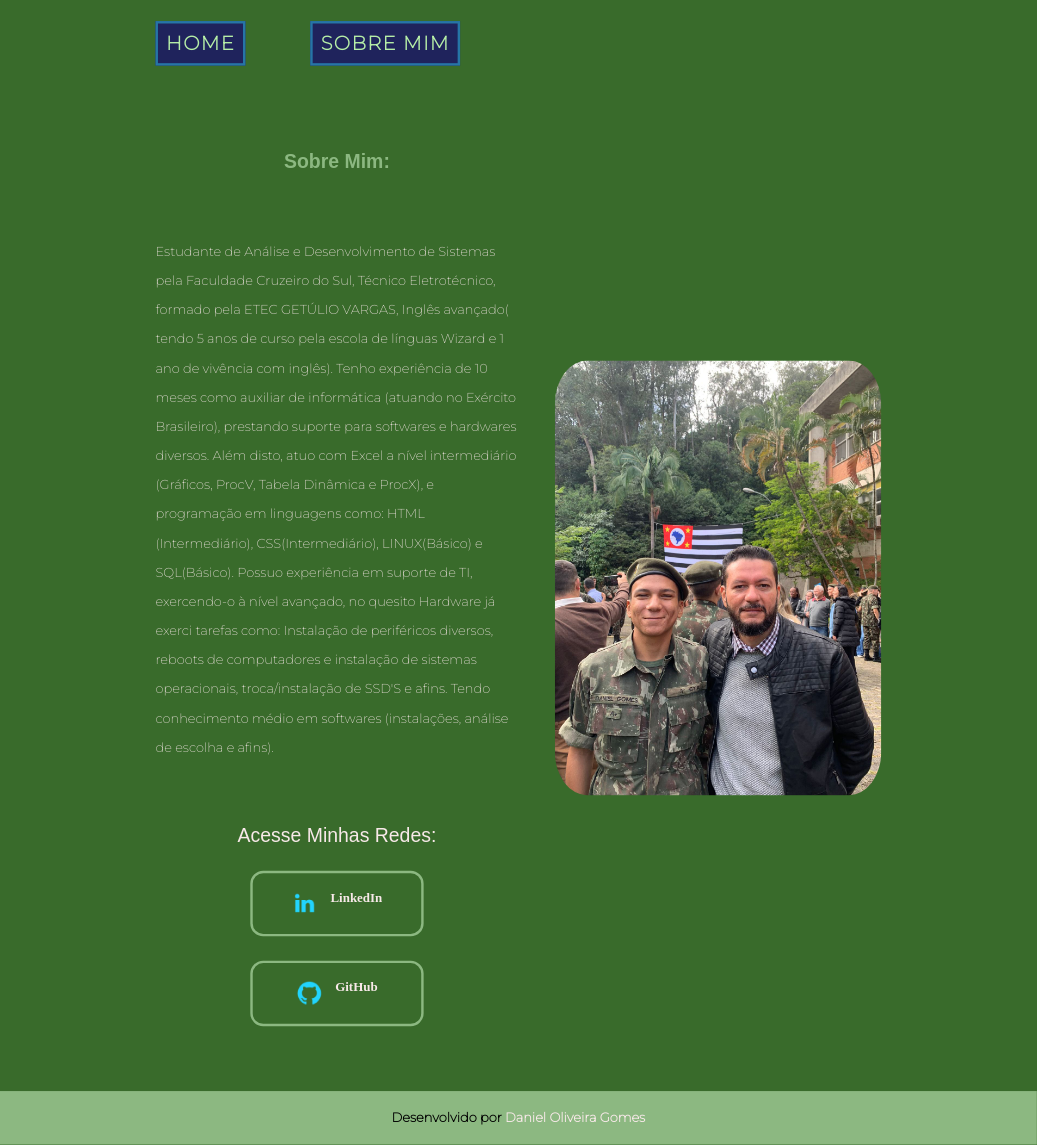
Repository: DamnDTX/Portfolio-Daniel-Oliveira-1
Page: about.html
The author's editor kept a copy of each file at every save. The page is drawn from the files as they stood at one save, then again after the next save.
The browser window is 1280 px wide. The pictures show the whole page, at 81% of full size.
Some web fonts or font styles are not loaded; a fallback is used.

Above is the page before, as saved 2023-07-11 18:42:14.

After the next save:
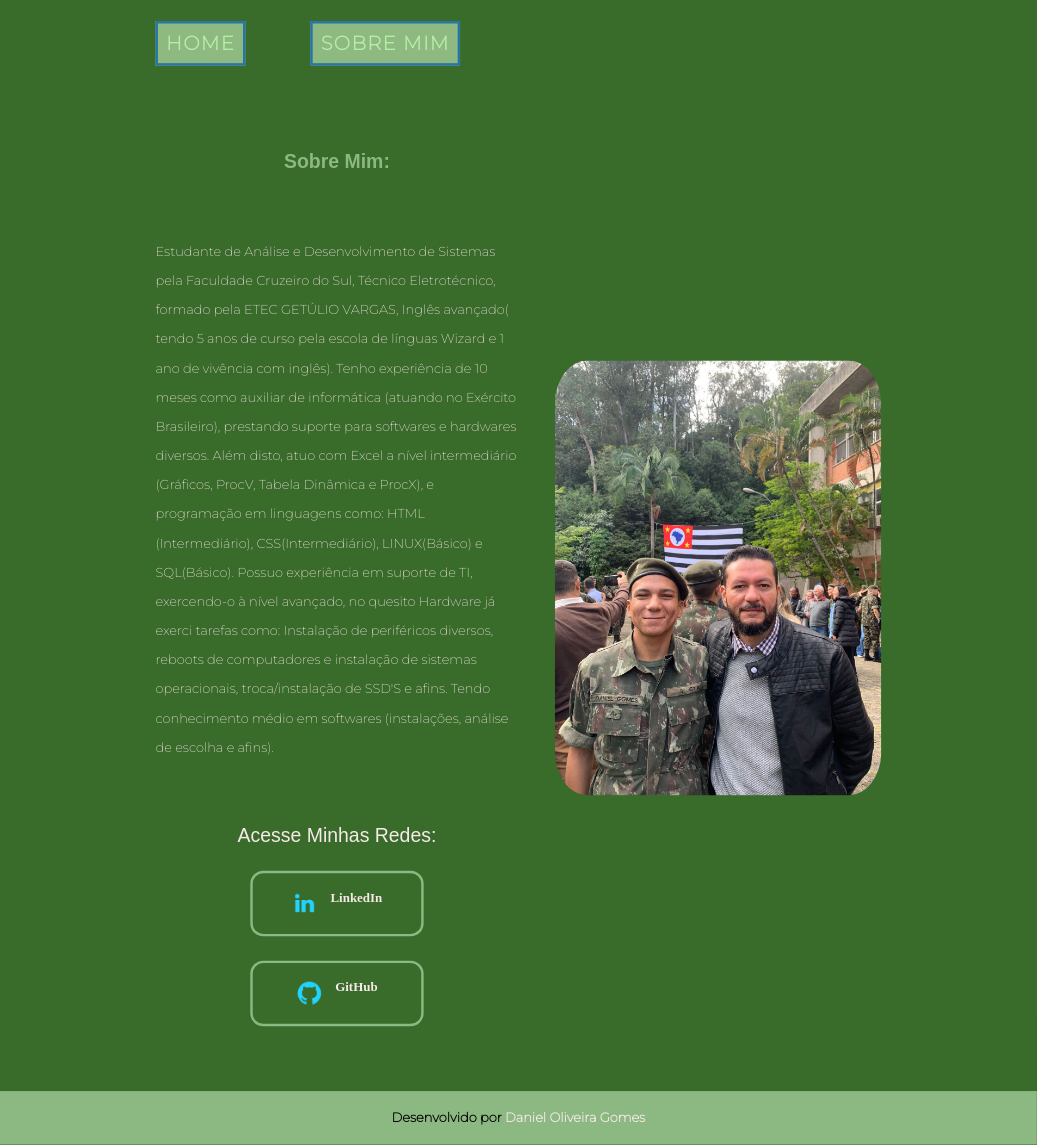
Saved 46 s later.
--- a/styles/about.css
+++ b/styles/about.css
@@ -47,7 +47,7 @@ gap: 80px;}
     border-style: solid;
     border-color: #2675a6;
     padding: 10px;
-    background-color: #1F235C;
+    background-color: #8EBA82;
 }
 
 .principal{display: flex;
